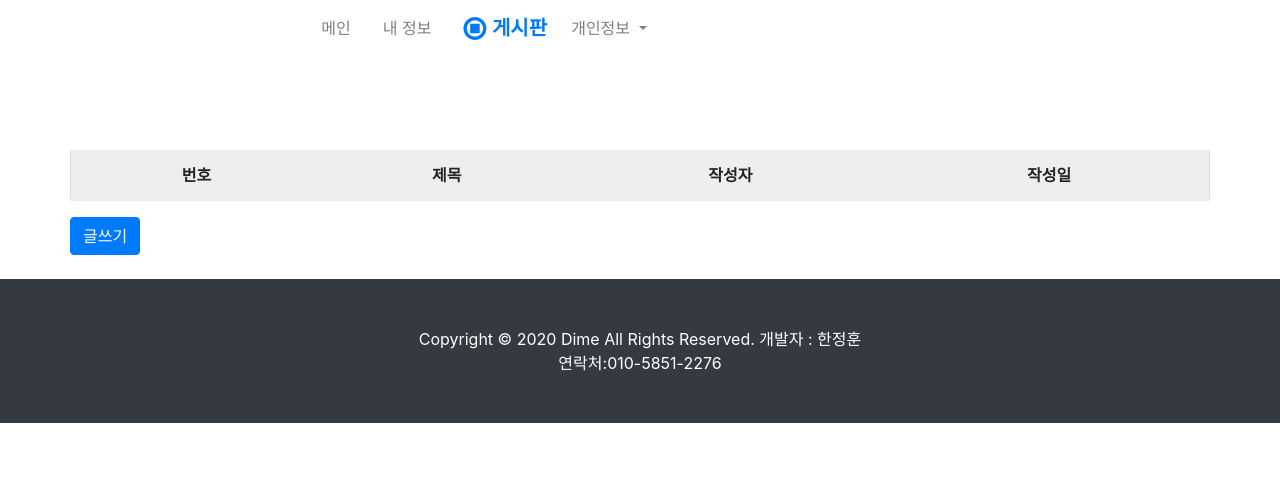
Repository: elecdime/jspboard
Page: http://localhost/BBS/projectbbs/bbs.jsp
An editor plug-in stored every save of this project. The page is shown before and after the next save, followed by the edit.
The browser window is 1280 px wide. The pictures show the whole page.
Some web libraries are served in a nearby version. The page is served by Tomcat 9. Queries for data that is not in the repository find no rows.

Above is the page before, as saved 2020-07-08 12:37:58.

After the next save:
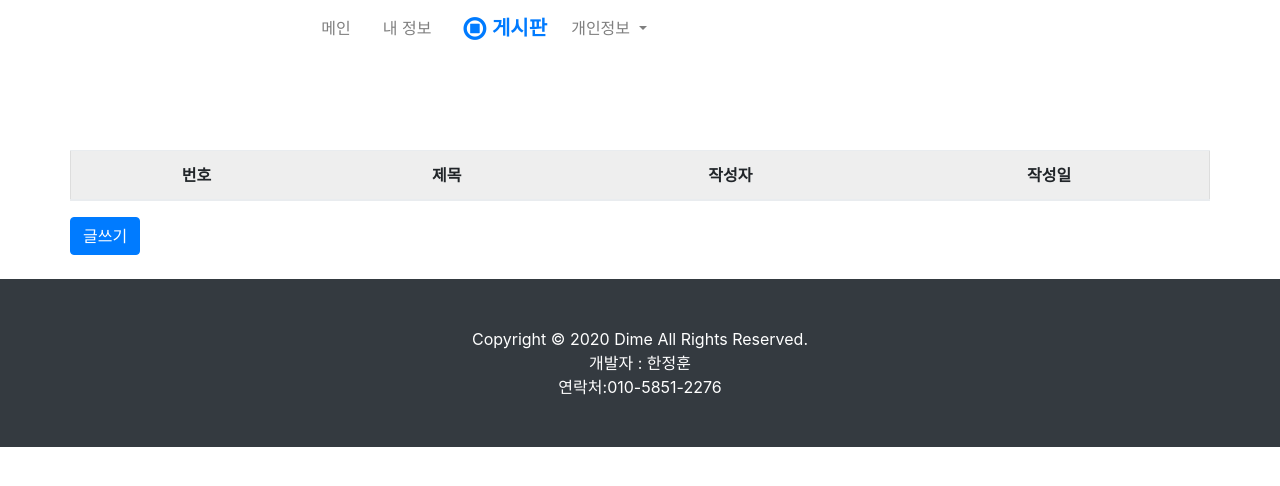
Saved 16 s later.
--- a/dime/project Web/BBS/WebContent/projectbbs/bottom.jsp
+++ b/dime/project Web/BBS/WebContent/projectbbs/bottom.jsp
@@ -15,7 +15,7 @@
 <footer class="bg-dark mt-4 p-5 text-center" style="color:#FFFFFF;">
 
 
-Copyright &copy; 2020 Dime All Rights Reserved.
+Copyright &copy; 2020 Dime All Rights Reserved.<br>
 <sm>개발자 : 한정훈 <br> 연락처:010-5851-2276</sm>
 </footer>
 </body>
